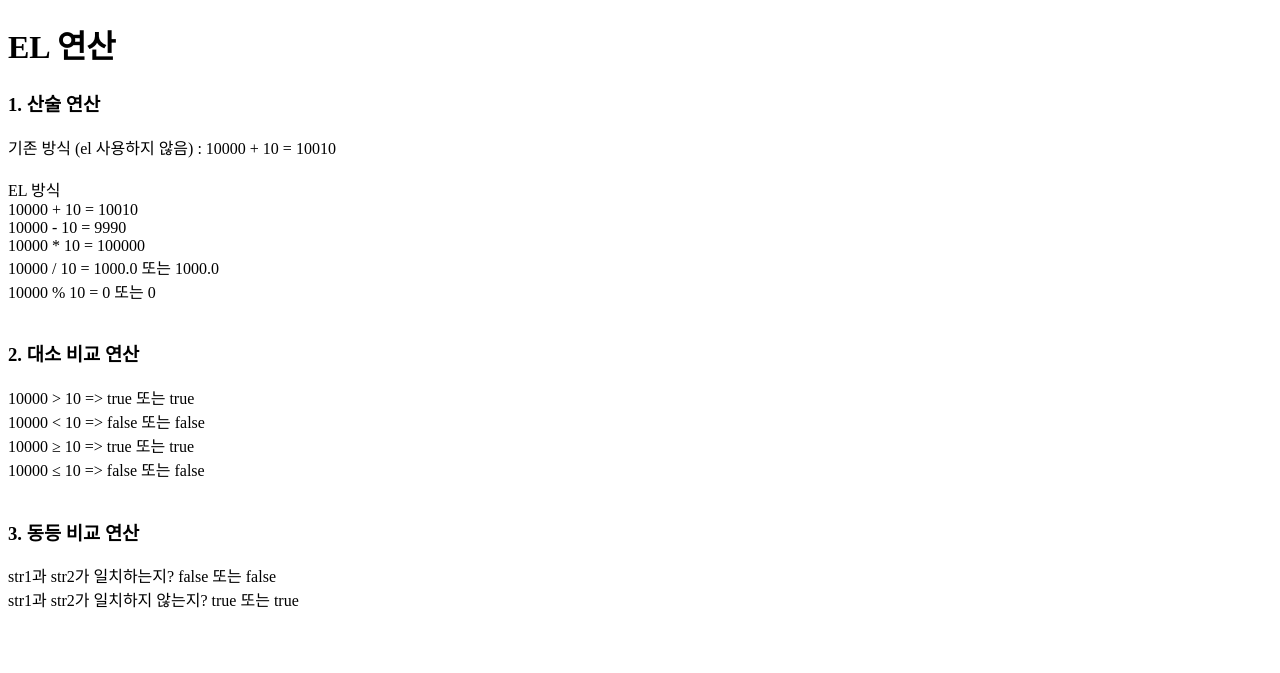
Repository: smjae96/Backup
Page: http://localhost/elActionProject/operation.do
An editor plug-in stored every save of this project. The page is shown before and after the next save, followed by the edit.
The browser window is 1280 px wide. The pictures show the whole page.
The page is served by Tomcat 9.

Above is the page before, as saved 2024-03-28 03:38:34.

After the next save:
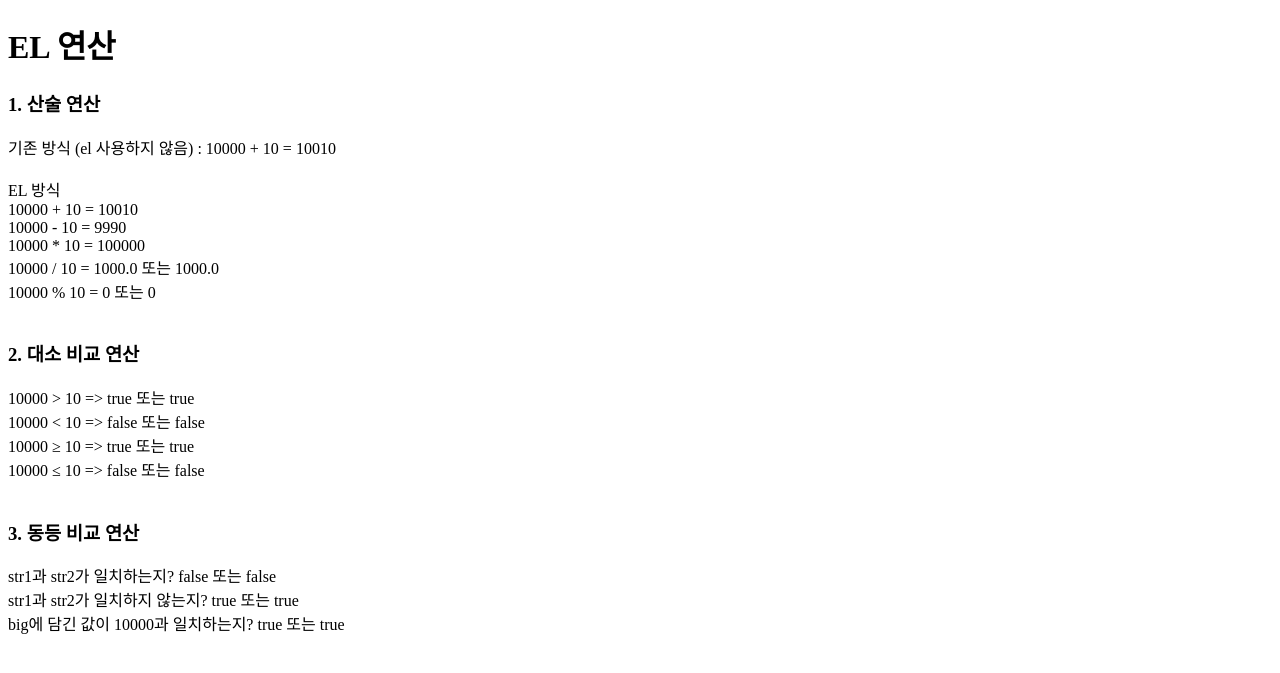
Saved 30 s later.
--- a/5_JSP/elActionProject/src/main/webapp/views/1_EL/02_elOperation.jsp
+++ b/5_JSP/elActionProject/src/main/webapp/views/1_EL/02_elOperation.jsp
@@ -36,5 +36,7 @@
  	<%-- EL에서는 문자열을 비교할 때 ==를 사요하면 자바에서의 equals()와 같은 동작을 함 --%>
  	str1과 str2가 일치하는지? ${ str1 == str2 } 또는 ${str1 eq str2 }<br>
  	str1과 str2가 일치하지 않는지? ${ str1 != str2 } 또는 ${ str1 ne str2 }<br>
+
+ 	big에 담긴 값이 10000과 일치하는지? ${ big == 10000 } 또는 ${ big eq 10000 }
 </body>
 </html>
